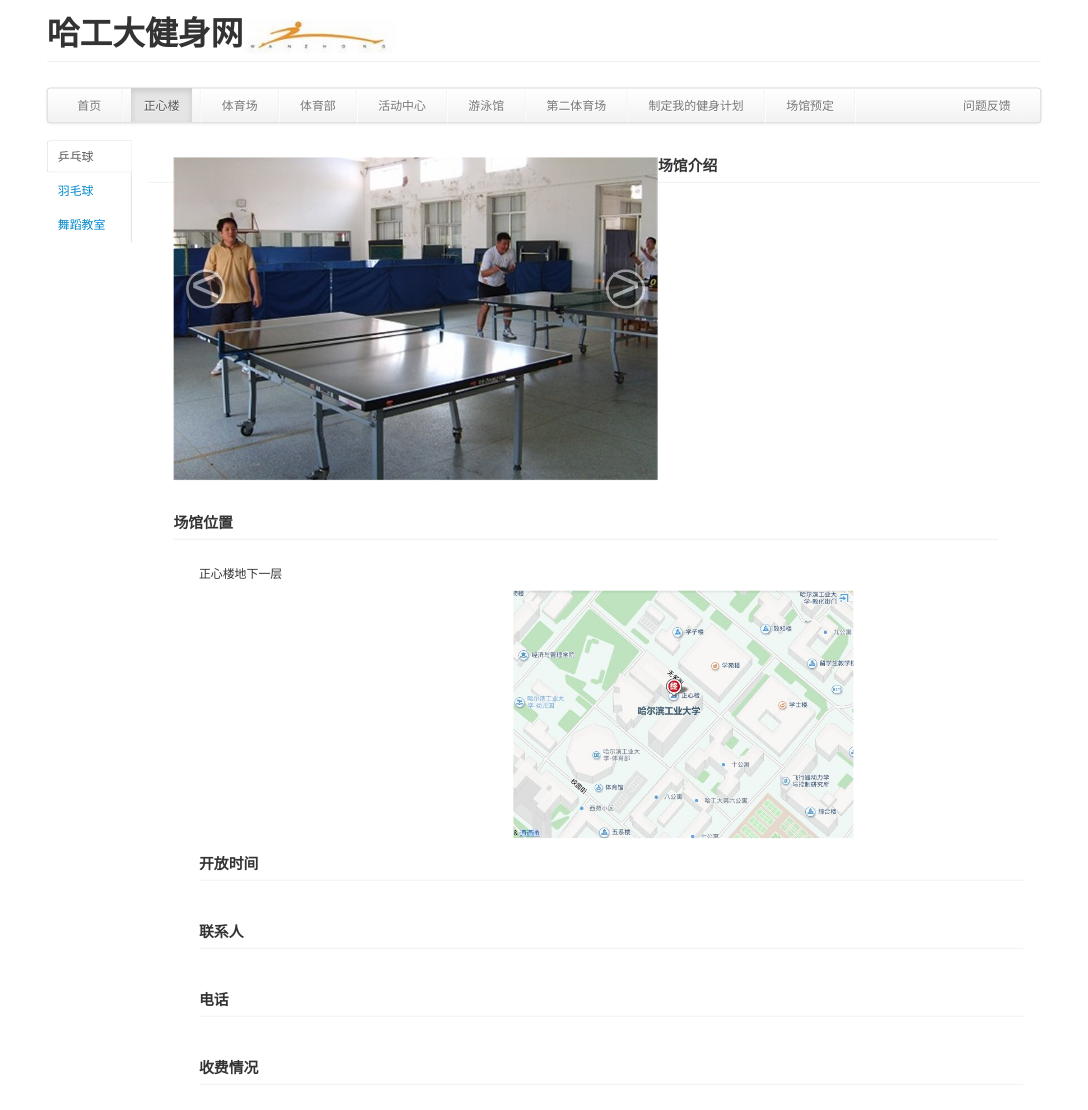
Repository: hitDeveloper/fitness
Page: http://localhost/project/gym2.jsp
An editor plug-in stored every save of this project. The page is shown before and after the next save, followed by the edit.
The browser window is 1280 px wide. The pictures show the whole page, at 85% of full size.
The page is served by Tomcat 9. Nobody is signed in. The application's start-up code is not run.

Above is the page before, as saved 2014-11-04 15:58:46.

After the next save:
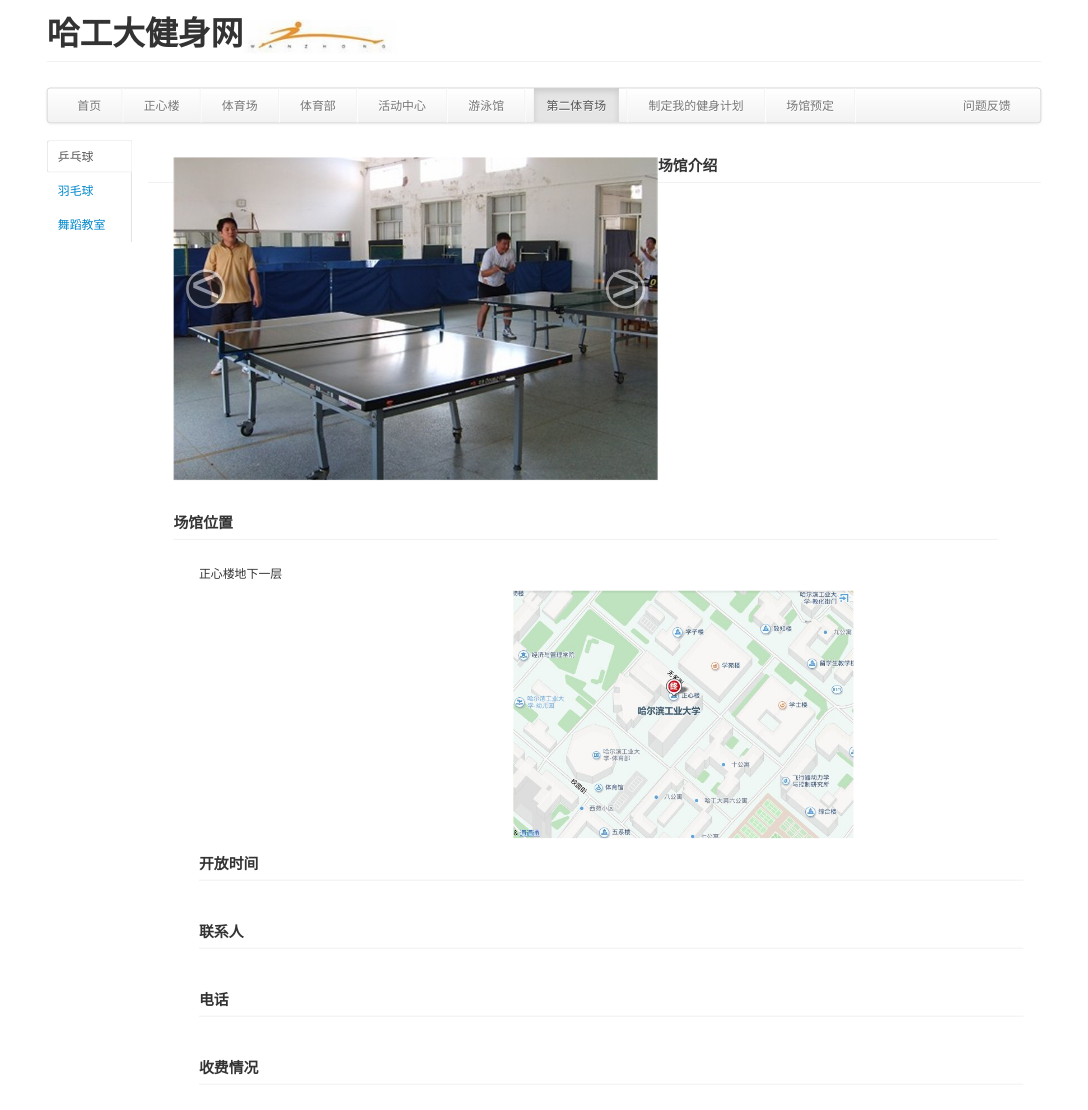
Saved 16 s later.
--- a/Project/project/WebRoot/gym2.jsp
+++ b/Project/project/WebRoot/gym2.jsp
@@ -16,7 +16,7 @@
 <ul class="nav">
 	<li ><a href="main.jsp">首页</a></li>
 	<li class="divider-vertical"></li>
-	<li class="active"><a href="zhengxin.jsp">正心楼</a></li>
+	<li><a href="zhengxin.jsp">正心楼</a></li>
 	<li class="divider-vertical"></li>
 	<li><a href="gym.jsp">体育场</a></li>
 	<li class="divider-vertical"></li>
@@ -26,7 +26,7 @@
 	<li class="divider-vertical"></li>
 	<li><a href="swimming.jsp">游泳馆</a></li>
 	<li class="divider-vertical"></li>
-	<li><a href="gym2.jsp">第二体育场</a></li>
+	<li class="active"><a href="gym2.jsp">第二体育场</a></li>
 	<li class="divider-vertical"></li>
 	<li><a href="myplan.jsp">制定我的健身计划</a></li>
 	<li class="divider-vertical"></li>
